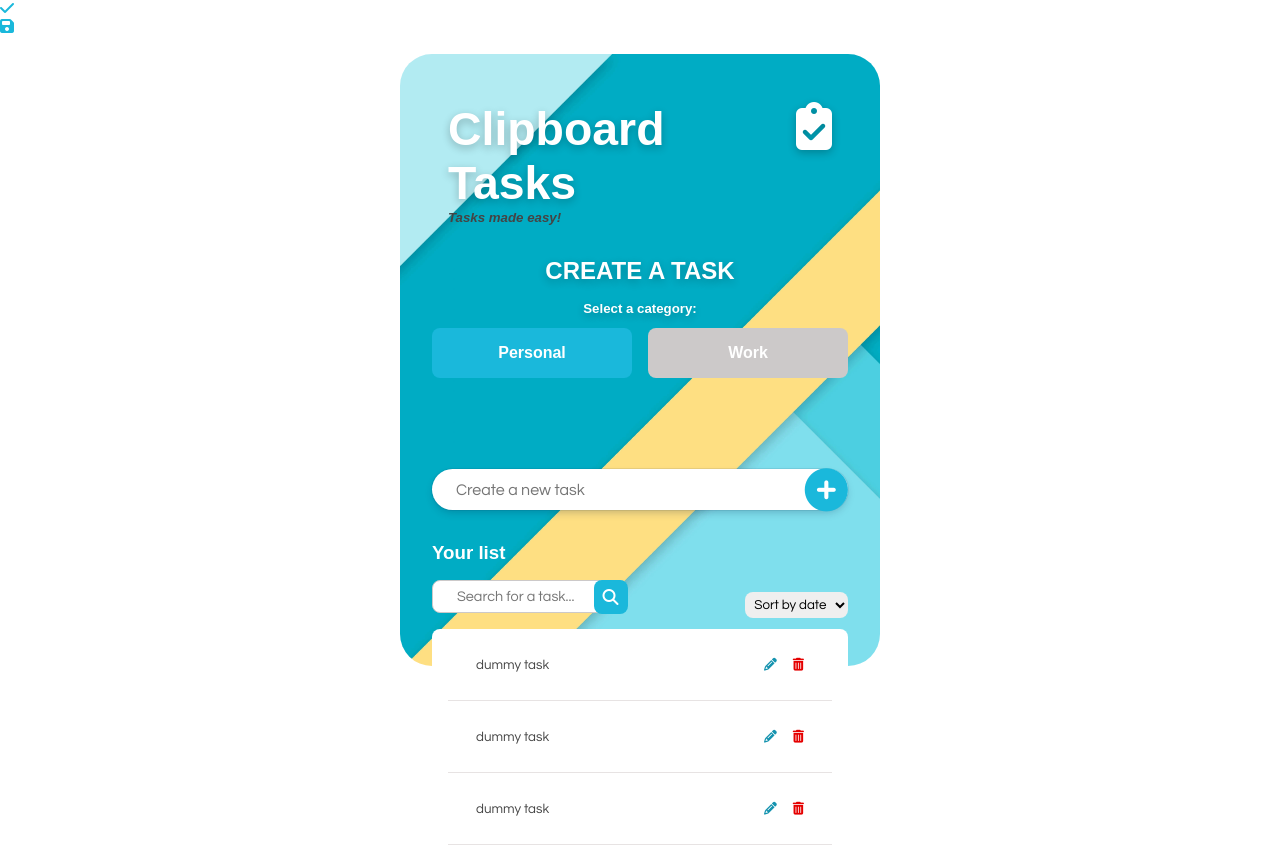
Repository: WesleyErasmus/Todo-App
Page: todoApp.html
The author's editor kept a copy of each file at every save. The page is drawn from the files as they stood at one save, then again after the next save.
The browser window is 1280 px wide. The pictures show the whole page.
Some web fonts or font styles are not loaded; a fallback is used. Some web libraries are served in a nearby version.

Above is the page before, as saved 2022-06-12 17:30:56.

### todoApp.html
<!DOCTYPE html>
<html lang="en">
<head>
    <meta charset="UTF-8">
    <meta http-equiv="X-UA-Compatible" content="IE=edge">
    <meta name="viewport" content="width=device-width, initial-scale=1.0">
    <title>Todo App</title>
    <script src="https://kit.fontawesome.com/81ea498f91.js" crossorigin="anonymous"></script>
    <link rel="stylesheet" href="/source/css/todoApp.css">
    <script src="/source/script/todoApp.js" defer></script>
</head>
<body>
    <!-- App wrapper -->
    <main class="app-wrapper">
        <!-- App header -->
        <header>
            <div>
            <h1 class="slogan">Clipboard Tasks</h1>
            <h5 class="slogan-2"><em>Tasks made easy!</em></h5>
            </div>
            <div id="jumbotron-logo"><i class="fa-solid fa-clipboard-check fa-3x"></i></div>
        </header>

        <h2 id="create-task-heading">CREATE A TASK</h2>

        <!-- Categories section -->
        <section>
        <form id="todo-list-form">
           <!-- <div class="test"> -->

            <h5 class="category-heading">Select a category:</h5>

            <!-- <div class="toggle-radio">
                <input type="radio" name="rdo" id="yes" checked>
                <input type="radio" name="rdo" id="no">
                <div class="switch">
                  <label for="yes">Home</label>
                  <label for="no">Work</label>
                  <span></span>
                </div>
              </div> -->

            <!-- </div> -->
            <div class="category-selectors">
                <!-- Personal category (make to assign as default, unless user selects work category) -->
                <label id="personal-label-btn">
                    <input type="radio" name="category" value="Personal" id="personal-category" />
                    <div>Personal</div>
                </label>
                <!-- Work category -->
                <label id="work-label-btn">
                    <input type="radio" name="category" value="Work" id="work-category" />
                    <div>Work</div>
                </label>
            </div>
            <!-- End of radio categories div -->
            <div class="create-submit">
            <input type="text" name="create-task" id="create-task" placeholder="Create a new task" />
            <button id="task-submit-btn" type="submit" value="create-new-task">
                <i class="fa-solid fa-circle-plus"></i>
            </button>
        </div>
        </form>
        </section>

        <!-- Task list is created here, new tasks are outputted below -->
        <section class="todo-list-output">
            <div id="list-header">
            <h3>Your list</h3>
            </div>
            <!-- SEARCH BAR -->
            <div id="search-filter-section">
                <form id="search-bar">
                <input type="text"
                id="search-bar"
                placeholder="Search for a task...">
                <button type="submit"><i class="fa fa-search"
                id="search-submit-btn"></i></button>
                </form>
                <!-- Classic filter dropdown -->
                <div>
                    <select name="filter" id="filter">
                    <option value="Date">Sort by date</option>
                    <option value="Name">Sort by title</option>
                    </select>
                    <!-- <i class="fa-solid fa-arrow-down-wide-short"></i> -->
                </div>

                </div>
            <!-- Actual task list output -->
            <div class="tasks" id="tasks">

                <div class="dummy-task">

                    <div class="task-name">
                        <input type="text"
                        class="text"
                        value="dummy task"
                        readonly>
                        <div class="edit-delete">
                            <button class="edit"><i class="fa-solid fa-pencil"></i></button>
                            <button class="delete"><i class="fa fa-trash" aria-hidden="true"></i></button>
                        </div>
                    </div>
                </div>

                <div class="dummy-task">

                    <div class="task-name">
                        <input type="text"
                        class="text"
                        value="dummy task"
                        readonly>
                        <div class="edit-delete">
                            <button class="edit"><i class="fa-solid fa-pencil"></i></button>
                            <button class="delete"><i class="fa fa-trash" aria-hidden="true"></i></button>
                        </div>
                    </div>
                </div>

                <div class="dummy-task">

                    <div class="task-name">
                        <input type="text"
                        class="text"
                        value="dummy task"
                        readonly>
                        <div class="edit-delete">
                            <button class="edit"><i class="fa-solid fa-pencil"></i></button>
                            <button class="delete"><i class="fa fa-trash" aria-hidden="true"></i></button>
                        </div>
                    </div>
                </div>

            </div>

        </section>

    </main> <!-- End of App wrapper -->
        <!-- Save icon and task complete icon -->
                <li><i class="fa-solid fa-check"></i></li>
                <li><i class="fa-solid fa-floppy-disk"></i></li>

</body>
</html>

### source/css/todoApp.css
@import url('https://fonts.googleapis.com/css2?family=Lexend+Tera:wght@100&family=Questrial&display=swap');


/* CSS Variables */
:root {
    --background-color: #fff;
    --primary: #1AB8DB;
    --secondary: #1593AF;
    --delete: #E50000;
    --grey: #ccc9c9;
    --dark-grey: #444444;

    --text-shadows: text-shadow: rgba(0, 0, 0, 0.24) 0px 3px 8px;
    --box-shadows: box-shadow: rgba(9, 30, 66, 0.25) 0px 4px 8px -2px, rgba(9, 30, 66, 0.08) 0px 0px 0px 1px;

    /* add linear gradients */
}

/* Universal selector styling */
* {
    box-sizing: border-box;
    margin: 0;
    padding: 0;
    font-family: 'Lexend Tera', sans-serif;
    list-style: none;
}

/* Below will remove input and checkbox default styling */
input:not([type="radio"]):not([type="checkbox"]), button {
	appearance: none;
	border: none;
	outline: none;
	background: none;
	cursor: initial;
}

/* *** UNIVERSAL BUTTON STYLING *** */
button {
	appearance: none;
	border: none;
	outline: none;
	background: none;
	cursor: initial;
    cursor: pointer;
}

body {
    background-color: var(--background-color);
    color: var(--primary);
}

main {
    padding-top: 2rem;
    background-color: var(--secondary);
    background-image: url(/images/bg-1.jpg);
    background-size: cover;
    background-position: center;
    background-repeat: no-repeat;
    border-radius: 2rem;
    padding-left: 2rem;
    padding-right: 2rem;
    flex: 1 1 0%;
    align-items: center;
    justify-content: center;
    max-width: 480px;
    height: 85vh;
    width: 100%;
    position: absolute;
    top: 50%;
    left: 50%;
    margin-right: -50%;
    transform: translate(-50%, -50%)
}

section {
    margin-top: 1rem;
    margin-bottom: 2rem;
}

header {
    display: flex;
    justify-content: space-between;
    padding: 1rem;
    border-radius: 1rem;
    /* add gradient color to font and logo */
}
.slogan {
    color: #fff;
    font-family: 'Lexend Tera', sans-serif;
    font-size: 2.9rem;
    text-shadow: rgba(0, 0, 0, 0.24) 0px 3px 8px;
    /* -webkit-background-clip: text;
    -webkit-text-fill-color: transparent; */
}
.slogan-2 {
    color: #444444;
}

#jumbotron-logo {
    color: #fff;
    text-shadow: rgba(0, 0, 0, 0.24) 0px 3px 8px;
}
/* create task H3 styling*/
#create-task-heading {
    color: var(--background-color);
    margin-top: 1rem;
    text-align: center;
    text-shadow: rgba(0, 0, 0, 0.24) 0px 3px 8px;
}
/* Select category h2 styling */
.category-heading {
    color: var(--background-color);
    text-align: center;
    margin-bottom: 0.75rem;
    text-shadow: rgba(0, 0, 0, 0.24) 0px 3px 8px;
}

/* Work / personal category selector styling */
.category-selectors {
    display: grid;
    grid-template-columns: repeat(2, 1fr);
    grid-gap: 1rem;
    margin-bottom: 1rem;
}

label {
    font-family: 'Karla', sans-serif;
    font-weight: 590;
}

.category-selectors label{
    display: flex;
    flex-direction: column;
    justify-content: center;
    align-items: center;
    background-color: var(--primary);
    padding: 1rem 2rem;
    /* border-radius: 999999px; */
    border-radius: 0.5rem;
    color: #fff;
    box-shadow: var(--box-shadows);
}

/* change the below id to #work-category-btn */
#work-label-btn {
    font-family: 'Karla', sans-serif;
    background-color: var(--grey);
}

#create-task {
    margin-top: 75px;
    font-family: 'Questrial', sans-serif;
	display: block;
	width: 100%;
	font-size: 1rem;
	padding: 0.79rem 1.5rem;
    padding-right: 0rem;
	color: var(--dark-grey);
	background-color: var(--background-color);
    box-shadow: rgba(9, 30, 66, 0.25) 0px 4px 8px -2px, rgba(9, 30, 66, 0.08) 0px 0px 0px 1px;
    border-radius: 9999px;

}

/* change to task add btn */
#task-submit-btn{
    position: absolute;
    display: block;
    right: 0rem;
    bottom: -0.5px;
    border: none;
    background-color: transparent;
    color: var(--primary);
}

.fa-circle-plus {
    font-size: 2.7rem;
}

/* add gradient color to fa-logo */

.create-submit {
    position: relative;
    display: flex;
    justify-content: center;
    align-items: center;
    text-align: center;
    margin-top: 0.5rem;
}

.create-task {
    text-align: center;
}

#list-header {
width: 80%;
display: flex;
justify-content: space-between;
margin-bottom: 1rem;
color: #fff;
}

#search-filter-section {
    display: flex;
    margin: 0 auto;
    justify-content: space-between;
    margin-top: 1rem;
    text-align: center;
    align-items: center;
}

#search-bar {
    position: relative;
    display: flex;
    justify-content: center;
    align-items: center;
    width: 47%;
}

#search-bar input{
    font-family: 'Questrial', sans-serif;
	display: block;
	width: 100%;
	font-size: 0.9rem;
	padding: 0.50rem 1.5rem;
    padding-right: 0rem;
	color: var(--dark-grey);
	background-color: var(--background-color);
    border: 0.1px solid var(--grey);
    border-radius: 0.5rem;
    margin-bottom: 1rem;
}

#search-submit-btn {
    position: absolute;
    display: block;
    right: 0rem;
    top: 0;
    background-color: var(--primary);
    border-top-left-radius: 0.5rem;
    border-bottom-left-radius: 0.5rem;
    border-top-right-radius: 0.5rem;
    border-bottom-right-radius: 0.5rem;
    padding: 0.56rem;
    color: #fff;
}

/* Font-awesome search icon styling */
.fa-search {
    font-size: 1rem;
    color: var(--primary);
}

/* Filter styling */
.filter {
    font-family: 'Questrial', sans-serif;
    font-size: 1.1rem;
    font-weight: 500;
    color: var(--secondary);
    text-shadow: var(--text-shadows);
}

.fa-arrow-down-wide-short {
    color: var(--primary);
}

select {
    margin-left: 0.3rem;
    padding: 0.3rem;
    border: none;
    outline: 0;
    /* border: 1px var(--grey) solid; */
    border-radius: 0.5rem;
    font-family: 'Questrial', sans-serif;
    box-shadow: var(--box-shadows);
}
option {
    font-family: 'Questrial', sans-serif;
}

#tasks {
    border-radius: 0.5rem;
    background-color: #fff;
}

#tasks .task-name {
    display: flex;
    justify-content: space-between;
    background-color: var(--background-color);
    padding: 1.75rem;
    background-color: #fff;
    margin-bottom: 0rem;
    margin: 0 1rem;
    border-bottom: 0.01px solid rgba(229, 225, 225, 0.919);
}

.dummy-task .task-name {
    flex: 1 1 0%;
}

.dummy-task .task-name .text {
    color: var(--dark-grey);
    font-family: 'Questrial', sans-serif;
    width: 100%;
    display: block;
    transition: 0.4s;
}

.dummy-task .edit-delete {
    display: flex;
    margin: 0 -0.5rem;

}

/* Edit button styling */

.fa-pencil {
    color: var(--secondary);
}

.fa-trash {
    color: var(--delete);
}

.dummy-task .edit-delete button {
    cursor: pointer;
    margin: 0 0.5rem;
    font-size: 0.8rem;
    font-weight: 700;
    text-transform: uppercase;
    transition: 0.4s;
}



/* CATEGORY TOGGLE */

/* .test {
    display: grid;
    grid-template-columns: repeat(2, 1fr);
    grid-gap: 1rem;
    margin-bottom: 1rem;
    margin: 0 auto;
    margin-top: 1.75rem;
}

.toggle-radio {
    position: relative;
}

.switch {
    position: absolute;
    top: 50%;
    left: 50%;
    width: 200px;
    height: 50px;
    text-align: center;
    margin: -30px 0 0 -95px;
    background: none;
    transition: all 0.2s ease;
    border-radius: 9999px;
  }
  .switch span {
    position: absolute;
    width: 20px;
    height: 4px;
    top: 50%;
    left: 50%;
    margin: -2px 0px 0px -4px;
    background: #fff;
    display: block;
    transform: rotate(-45deg);
    transition: all 0.2s ease;
  }
  .switch span:after {
    content: "";
    display: block;
    position: absolute;
    width: 4px;
    height: 12px;
    margin-top: -8px;
    background: #fff;
    transition: all 0.2s ease;
  } */
  input[type=radio] {
    display: none;
  /* }
  .switch label {
    cursor: pointer;
    color: rgba(0,0,0,0.2);
    width: 80px;
    line-height: 50px;
    transition: all 0.2s ease;
  }
  label[for=yes] {
    position: absolute;
    left: 0px;
    height: 20px;
  }
  label[for=no] {
    position: absolute;
    right: 0px;
  }
  #no:checked ~ .switch {
    background: #eb4f37;
  }
  #no:checked ~ .switch span {
    background: #fff;
    margin-left: -8px;
  }
  #no:checked ~ .switch span:after {
    background: #fff;
    height: 20px;
    margin-top: -8px;
    margin-left: 8px;
  }
  #yes:checked ~ .switch label[for=yes] {
    color: #fff;
    width: 80px;
  }
  #no:checked ~ .switch label[for=no] {
    color: #fff;
  } */

### source/script/todoApp.js
// *** FILTER BTN SCRIPT ***

/* When the user clicks on the button,
toggle between hiding and showing the dropdown content */
// function myFunction() {
//     document.getElementById("myDropdown").classList.toggle("show");
//   }

//   // Close the dropdown if the user clicks outside of it
//   window.onclick = function(event) {
//     if (!event.target.matches('.dropbtn')) {
//       var dropdowns = document.getElementsByClassName("dropdown-content");
//       var i;
//       for (i = 0; i < dropdowns.length; i++) {
//         var openDropdown = dropdowns[i];
//         if (openDropdown.classList.contains('show')) {
//           openDropdown.classList.remove('show');
//         }
//       }
//     }
//   }
//   *** END OF FILTER BUTTON ***

After the next save:
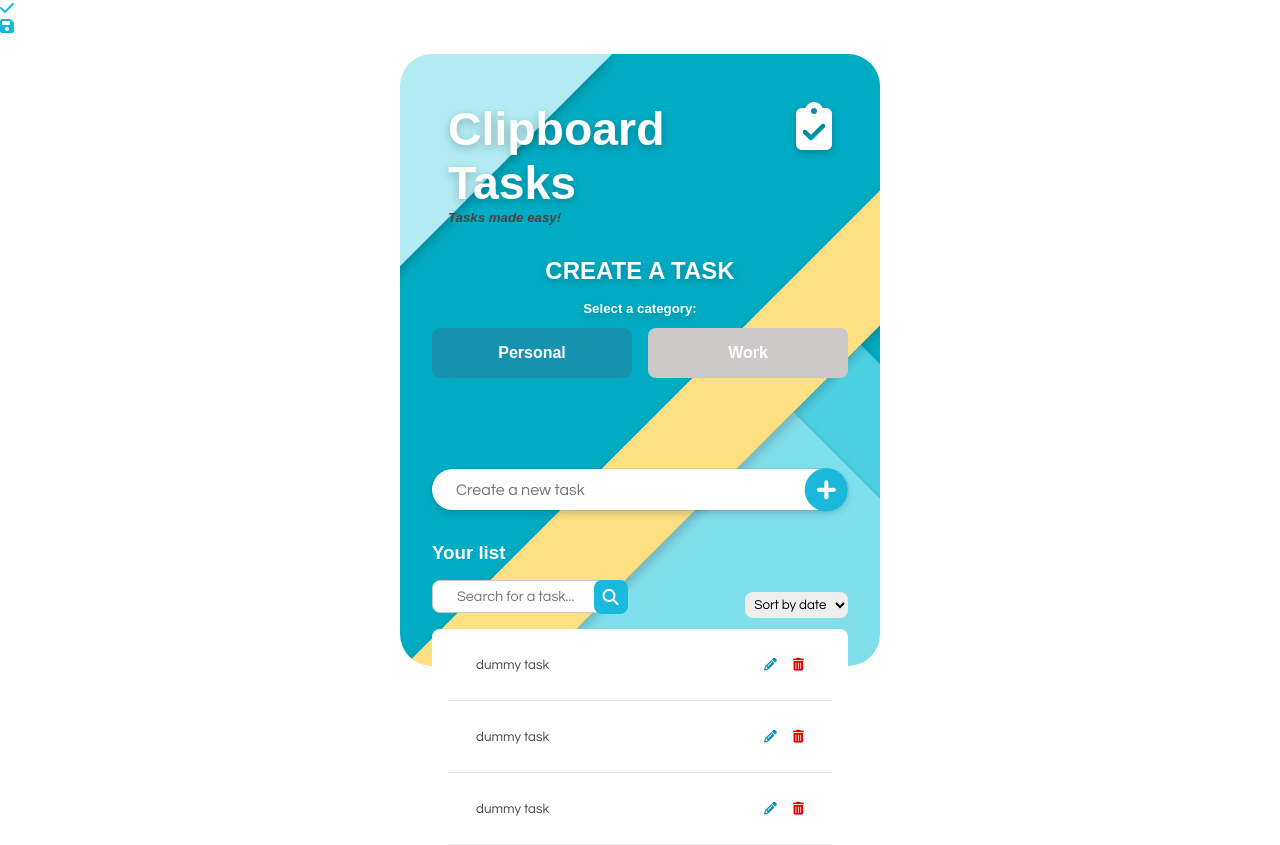
Saved 9 s later.
--- a/source/css/todoApp.css
+++ b/source/css/todoApp.css
@@ -133,7 +133,7 @@ label {
     flex-direction: column;
     justify-content: center;
     align-items: center;
-    background-color: var(--primary);
+    background-color: var(--secondary);
     padding: 1rem 2rem;
     /* border-radius: 999999px; */
     border-radius: 0.5rem;
